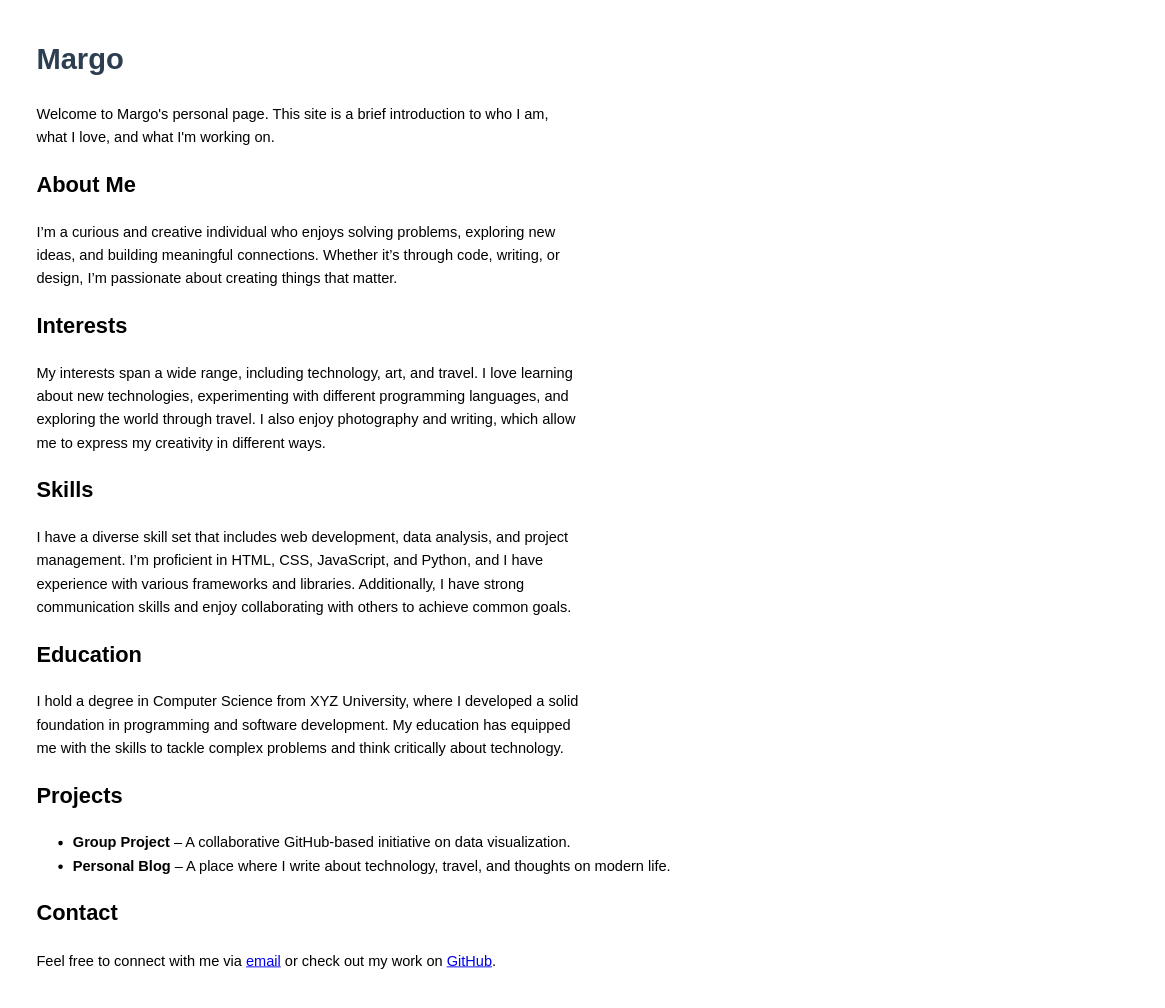
Repository: margo-m-chen/group_project
Page: my_file.html
The author's editor kept a copy of each file at every save. The page is drawn from the files as they stood at one save, then again after the next save.
The browser window is 1280 px wide. The pictures show the whole page, at 91% of full size.

Above is the page before, as saved 2025-07-18 13:47:06.

After the next save:
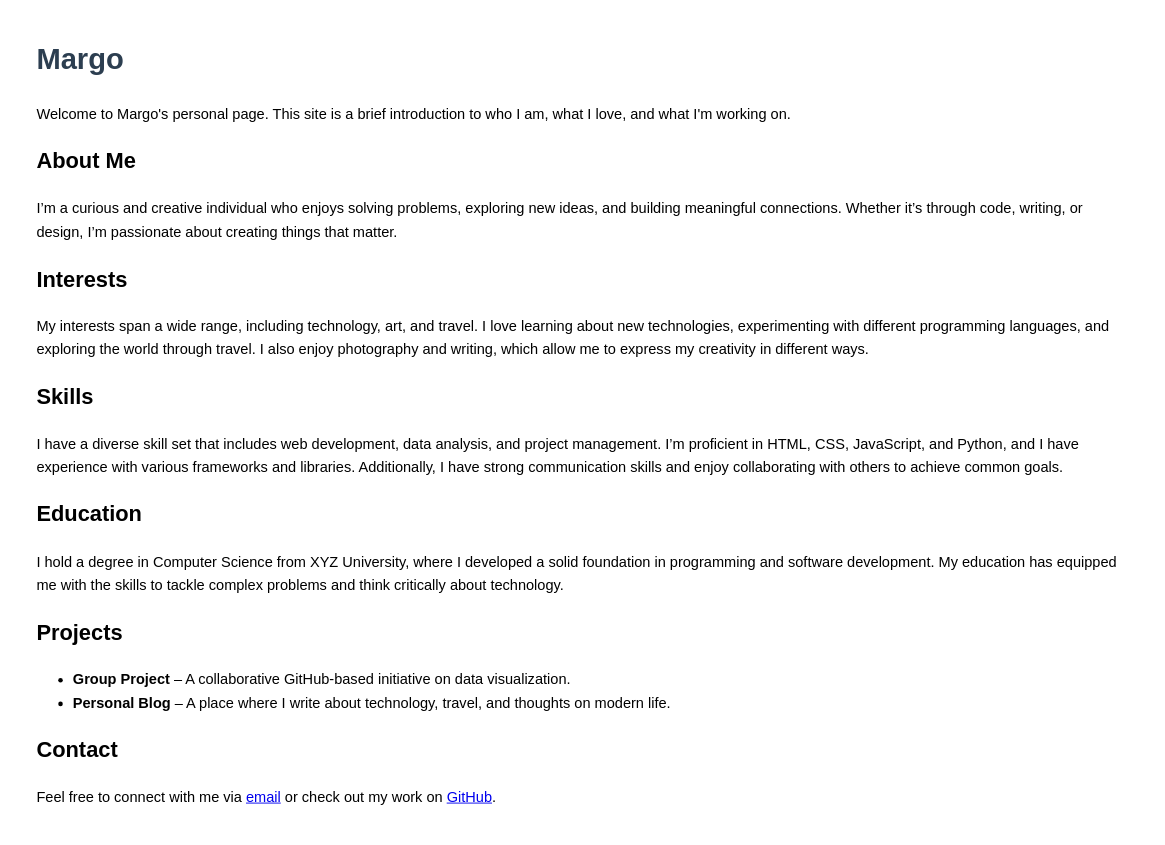
Saved 48 s later.
--- a/my_file.html
+++ b/my_file.html
@@ -13,10 +13,6 @@
 
         h1 {
             color: #2c3e50;
-        }
-
-        p {
-            max-width: 600px;
         }
     </style>
 </head>
